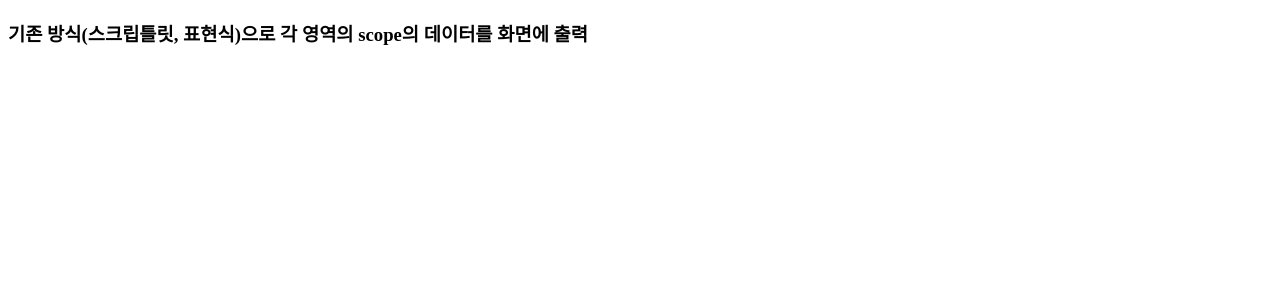
Repository: yoonseo0832/workspace
Page: http://localhost/2_jsp/el.do
These files come from the project's save history. The page is drawn as it stood at one moment and after the next save; the edit follows.
The browser window is 1280 px wide. The pictures show the whole page.
The page is served by Tomcat 9.

Above is the page before, as saved 2025-03-20 03:24:56.

After the next save:
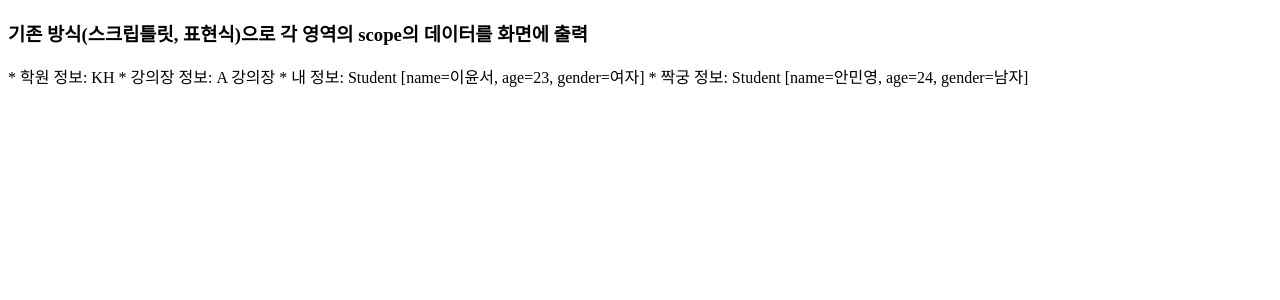
Saved 88 s later.
--- a/05_server/2_jsp/src/main/webapp/views/2_EL/1_el.jsp
+++ b/05_server/2_jsp/src/main/webapp/views/2_EL/1_el.jsp
@@ -18,5 +18,12 @@
 		String academy = (String)session.getAttribute("academy");
 		Student std2 = (Student)session.getAttribute("student2");
 	%>
+
+	<p>
+		* 학원 정보: <%=academy %>
+		* 강의장 정보:  <%=classroom %>
+		* 내 정보: <%=std2 %>
+		* 짝궁 정보: <%=student %>
+	</p>
 </body>
 </html>
